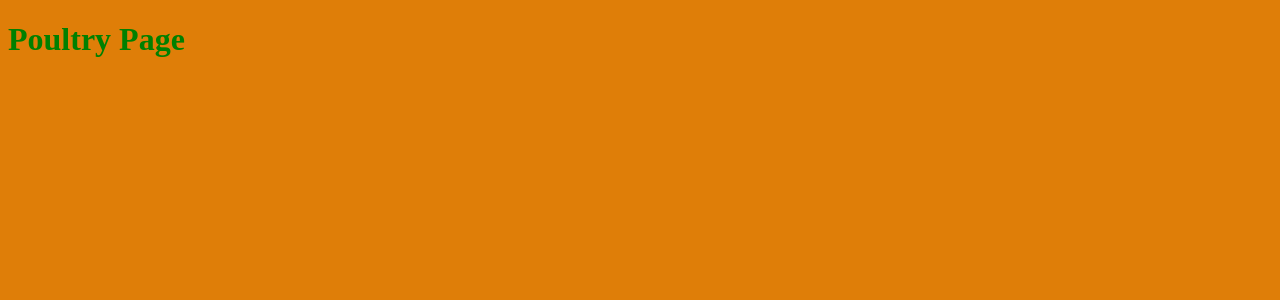
Repository: Allevandrose/Agri-invest
Page: poultry.html
An editor plug-in stored every save of this project. The page is shown before and after the next save, followed by the edit.
The browser window is 1280 px wide. The pictures show the whole page.

Above is the page before, as saved 2024-04-03 10:35:22.

After the next save:
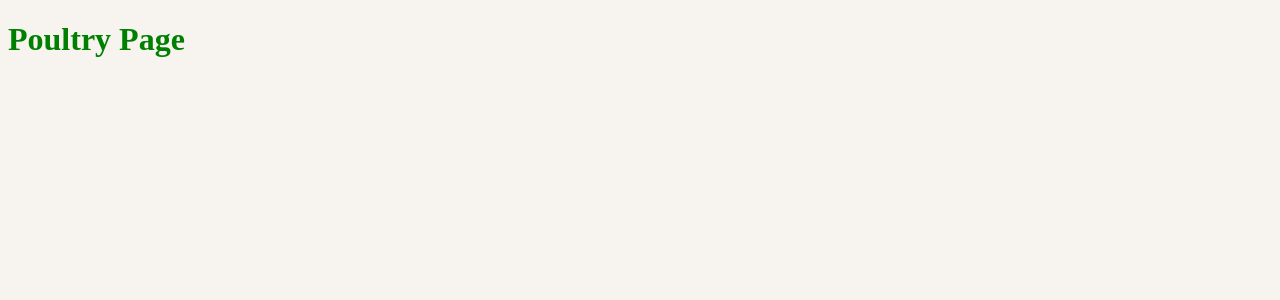
Saved 17 s later.
--- a/poultry.css
+++ b/poultry.css
@@ -1,5 +1,5 @@
 body {
-    background-color: rgb(223, 126, 8);
+    background-color: rgb(247, 243, 239);
 }
 
 .h1 {
